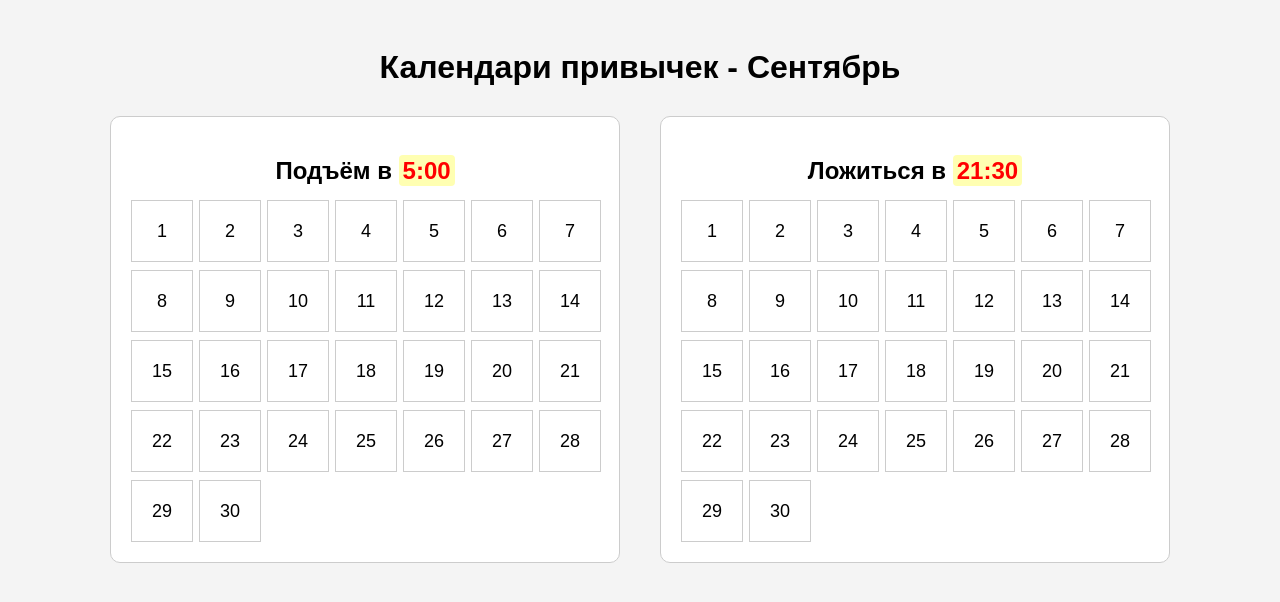
Repository: Pavel1776/doublecalendar
Page: index.html
An editor plug-in stored every save of this project. The page is shown before and after the next save, followed by the edit.
The browser window is 1280 px wide. The pictures show the whole page.

Above is the page before, as saved 2025-09-17 15:14:29.

### index.html
<!DOCTYPE html>
<html lang="ru">

<head>
  <meta charset="UTF-8" />
  <meta name="viewport" content="width=device-width, initial-scale=1.0" />
  <link href="style.css" rel="stylesheet" />
  <title>Календари привычек</title>
</head>

<body>

  <h1>Календари привычек - Сентябрь</h1>

  <div class="calendars-container">
    <!-- Первый календарь -->
    <div class="calendar">
      <h2>Подъём в <span class="highlight">5:00</span></h2>
      <div class="calendar-grid" id="calendar1"></div>
    </div>

    <!-- Второй календарь -->
    <div class="calendar">
      <h2>Ложиться в <span class="highlight">21:30</span></h2>
      <div class="calendar-grid" id="calendar2"></div>
    </div>
  </div>

  <script src="script.js"></script>
</body>

</html>

### style.css
body {
  font-family: Arial, sans-serif;
  background: #f4f4f4;
  display: flex;
  flex-direction: column;
  align-items: center;
  padding: 20px;
}

h1 {
  margin-bottom: 30px;
}

.calendars-container {
  display: flex;              /* календари в ряд */
  justify-content: center;
  gap: 40px;                  /* расстояние между ними */
  flex-wrap: wrap;            /* если мало места — перенос */
}

.calendar {
  background: #fff;
  border: 1px solid #ccc;
  border-radius: 10px;
  padding: 20px;
  text-align: center;
}

.calendar h2 {
  margin-bottom: 15px;
}

.calendar-grid {
  display: grid;
  grid-template-columns: repeat(7, 60px);
  gap: 8px;
}

.day {
  width: 60px;
  height: 60px;
  display: flex;
  align-items: center;
  justify-content: center;
  background: white;
  border: 1px solid #ccc;
  font-size: 18px;
  cursor: pointer;
  position: relative;
}

.day.crossed::after {
  content: "✖";
  color: rgba(255, 0, 0, 0.6);
  font-size: 40px;
  position: absolute;
}

.day.success::after {
  content: "✔";
  color: rgba(0, 200, 0, 0.6);
  font-size: 40px;
  position: absolute;
}

.highlight {
  font-weight: bold;
  color: red;
  background-color: rgba(255, 255, 0, 0.3);
  padding: 2px 4px;
  border-radius: 4px;
}

### script.js
const daysInSeptember = 30;

// Отдельные массивы для каждого календаря
let crossedDays1 = JSON.parse(localStorage.getItem("crossedDays1")) || [];
let crossedDays2 = JSON.parse(localStorage.getItem("crossedDays2")) || [];

// Функция для отрисовки календаря
function renderCalendar(containerId, crossedDays, storageKey, crossClass) {
  const calendar = document.getElementById(containerId);

  for (let i = 1; i <= daysInSeptember; i++) {
    const day = document.createElement("div");
    day.classList.add("day");
    day.textContent = i;

    if (crossedDays.includes(i)) {
      day.classList.add(crossClass);
    }

    day.addEventListener("click", () => {
      day.classList.toggle(crossClass);

      if (day.classList.contains(crossClass)) {
        crossedDays.push(i);
      } else {
        crossedDays = crossedDays.filter(d => d !== i);
      }

      localStorage.setItem(storageKey, JSON.stringify(crossedDays));
    });

    calendar.appendChild(day);
  }
}

// Первый календарь (крестики)
renderCalendar("calendar1", crossedDays1, "crossedDays1", "crossed");

// Второй календарь (галочки)
renderCalendar("calendar2", crossedDays2, "crossedDays2", "success");

After the next save:
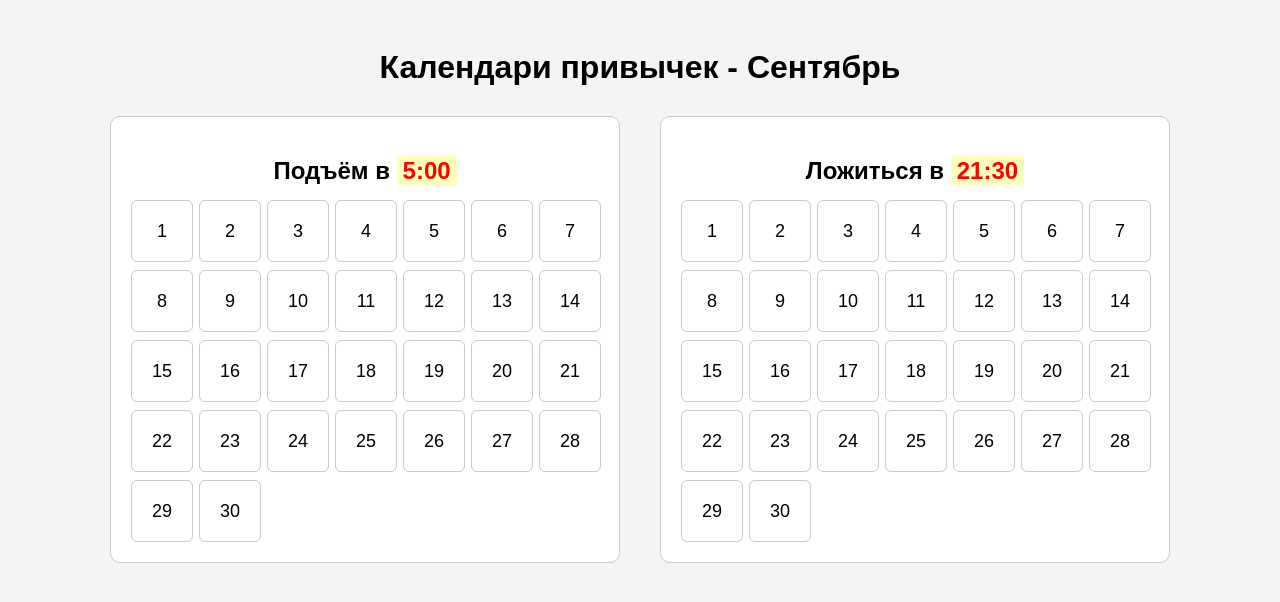
Saved 13 s later.
--- a/style.css
+++ b/style.css
@@ -70,3 +70,82 @@
   padding: 2px 4px;
   border-radius: 4px;
 }
+body {
+  font-family: Arial, sans-serif;
+  background: #f4f4f4;
+  display: flex;
+  flex-direction: column;
+  align-items: center;
+  padding: 20px;
+}
+
+h1 {
+  margin-bottom: 30px;
+}
+
+.calendars-container {
+  display: flex;
+  justify-content: center;
+  gap: 40px;
+  flex-wrap: wrap;
+}
+
+.calendar {
+  background: #fff;
+  border: 1px solid #ccc;
+  border-radius: 10px;
+  padding: 20px;
+  text-align: center;
+  min-width: 460px; /* чтобы сетка 7*60px помещалась */
+}
+
+.calendar h2 {
+  margin-bottom: 15px;
+}
+
+.calendar-grid {
+  display: grid;
+  grid-template-columns: repeat(7, 60px);
+  gap: 8px;
+}
+
+.day {
+  width: 60px;
+  height: 60px;
+  display: flex;
+  align-items: center;
+  justify-content: center;
+  background: white;
+  border: 1px solid #ccc;
+  font-size: 18px;
+  cursor: pointer;
+  position: relative;
+  user-select: none;
+  border-radius: 6px;
+}
+
+/* Успех — зелёная прозрачная галочка */
+.day.success::after {
+  content: "✔";
+  color: rgba(0, 200, 0, 0.6);
+  font-size: 40px;
+  position: absolute;
+  pointer-events: none;
+}
+
+/* Неудача — красный крестик */
+.day.fail::after {
+  content: "✖";
+  color: rgba(255, 0, 0, 0.85);
+  font-size: 40px;
+  position: absolute;
+  pointer-events: none;
+}
+
+.highlight {
+  font-weight: bold;
+  color: red;
+  background-color: rgba(255, 255, 0, 0.26);
+  padding: 2px 6px;
+  border-radius: 4px;
+}
